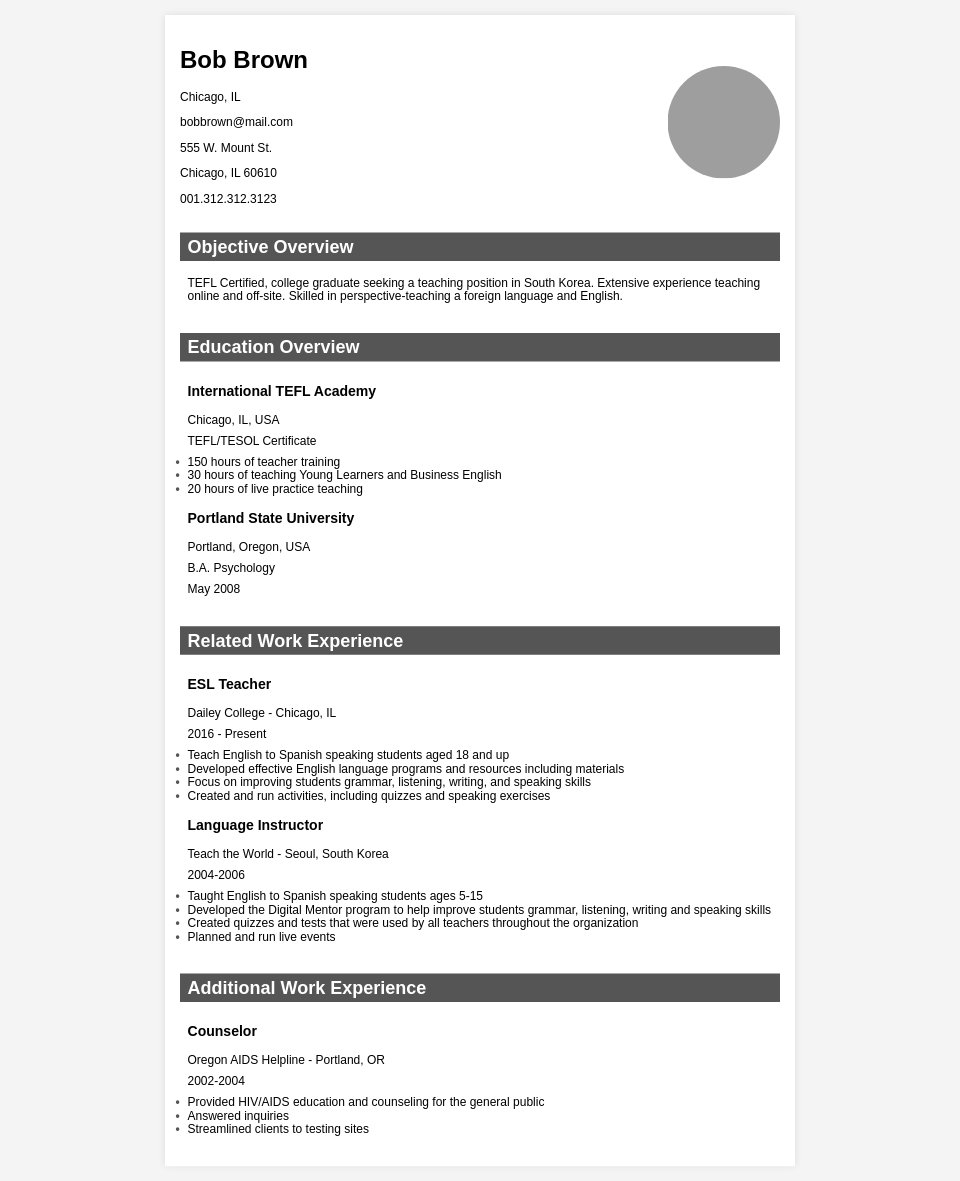
Repository: Gibekkk/WebPro
Page: Tugas Lab 1 (2)/index.html
An editor plug-in stored every save of this project. The page is shown before and after the next save, followed by the edit.
The browser window is 1280 px wide. The pictures show the whole page, at 75% of full size.
Pictures or frames that could not be fetched are drawn as grey boxes.

Above is the page before, as saved 2024-03-25 13:12:44.

### Tugas Lab 1 (2)/index.html
<!DOCTYPE html>
<html lang="en">
<head>
<meta charset="UTF-8">
<meta name="viewport" content="width=device-width, initial-scale=1.0">
<title>Resume</title>
<style>
  body {
    font-family: Arial, sans-serif;
    margin: 0;
    padding: 0;
    background-color: #f4f4f4;
  }
  .resume {
    width: 800px;
    margin: 20px auto;
    background-color: #fff;
    padding: 20px;
    box-shadow: 0 0 10px rgba(0, 0, 0, 0.1);
  }
  .header {
    display: flex;
    justify-content: space-between;
    align-items: center;
  }
  .header img {
    width: 150px;
    height: 150px;
    border-radius: 50%;
  }
  .header .contact-info {
    text-align: right;
  }
  .section {
    margin-top: 20px;
  }
  .section-title {
    background-color: #555;
    color: white;
    padding: 5px 10px;
    margin: 0;
  }
  .section-content {
    padding: 10px;
  }
  .section-content p, .section-content ul {
    margin: 10px 0;
  }
  .section-content ul {
    list-style-type: none;
    padding: 0;
  }
  .section-content ul li:before {
    content: "•";
    color: #555;
    font-weight: bold;
    display: inline-block;
    width: 1em;
    margin-left: -1em;
  }
</style>
</head>
<body>
<div class="resume">
  <div class="header">
    <div>
      <h1>Bob Brown</h1>
      <p>Chicago, IL</p>
      <p>bobbrown@mail.com</p>
      <p>555 W. Mount St.</p>
      <p>Chicago, IL 60610</p>
      <p>001.312.312.3123</p>
    </div>
    <div class="contact-info">
      <img src="path_to_image.jpg" alt="Bob Brown">
    </div>
  </div>
  <div class="section">
    <h2 class="section-title">Objective Overview</h2>
    <div class="section-content">
      <p>TEFL Certified, college graduate seeking a teaching position in South Korea. Extensive experience teaching online and off-site. Skilled in perspective-teaching a foreign language and English.</p>
    </div>
  </div>
  <div class="section">
    <h2 class="section-title">Education Overview</h2>
    <div class="section-content">
      <h3>International TEFL Academy</h3>
      <p>Chicago, IL, USA</p>
      <p>TEFL/TESOL Certificate</p>
      <ul>
        <li>150 hours of teacher training</li>
        <li>30 hours of teaching Young Learners and Business English</li>
        <li>20 hours of live practice teaching</li>
      </ul>
      <h3>Portland State University</h3>
      <p>Portland, Oregon, USA</p>
      <p>B.A. Psychology</p>
      <p>May 2008</p>
    </div>
  </div>
  <div class="section">
    <h2 class="section-title">Related Work Experience</h2>
    <div class="section-content">
      <h3>ESL Teacher</h3>
      <p>Dailey College - Chicago, IL</p>
      <p>2016 - Present</p>
      <ul>
        <li>Teach English to Spanish speaking students aged 18 and up</li>
        <li>Developed effective English language programs and resources including materials</li>
        <li>Focus on improving students grammar, listening, writing, and speaking skills</li>
        <li>Created and run activities, including quizzes and speaking exercises</li>
      </ul>
      <h3>Language Instructor</h3>
      <p>Teach the World - Seoul, South Korea</p>
      <p>2004-2006</p>
      <ul>
        <li>Taught English to Spanish speaking students ages 5-15</li>
        <li>Developed the Digital Mentor program to help improve students grammar, listening, writing and speaking skills</li>
        <li>Created quizzes and tests that were used by all teachers throughout the organization</li>
        <li>Planned and run live events</li>
      </ul>
    </div>
  </div>
  <div class="section">
    <h2 class="section-title">Additional Work Experience</h2>
    <div class="section-content">
      <h3>Counselor</h3>
      <p>Oregon AIDS Helpline - Portland, OR</p>
      <p>2002-2004</p>
      <ul>
        <li>Provided HIV/AIDS education and counseling for the general public</li>
        <li>Answered inquiries</li>
        <li>Streamlined clients to testing sites</li>
  <!-- More sections can be added here following the same structure -->
</div>
</body>
</html>

After the next save:
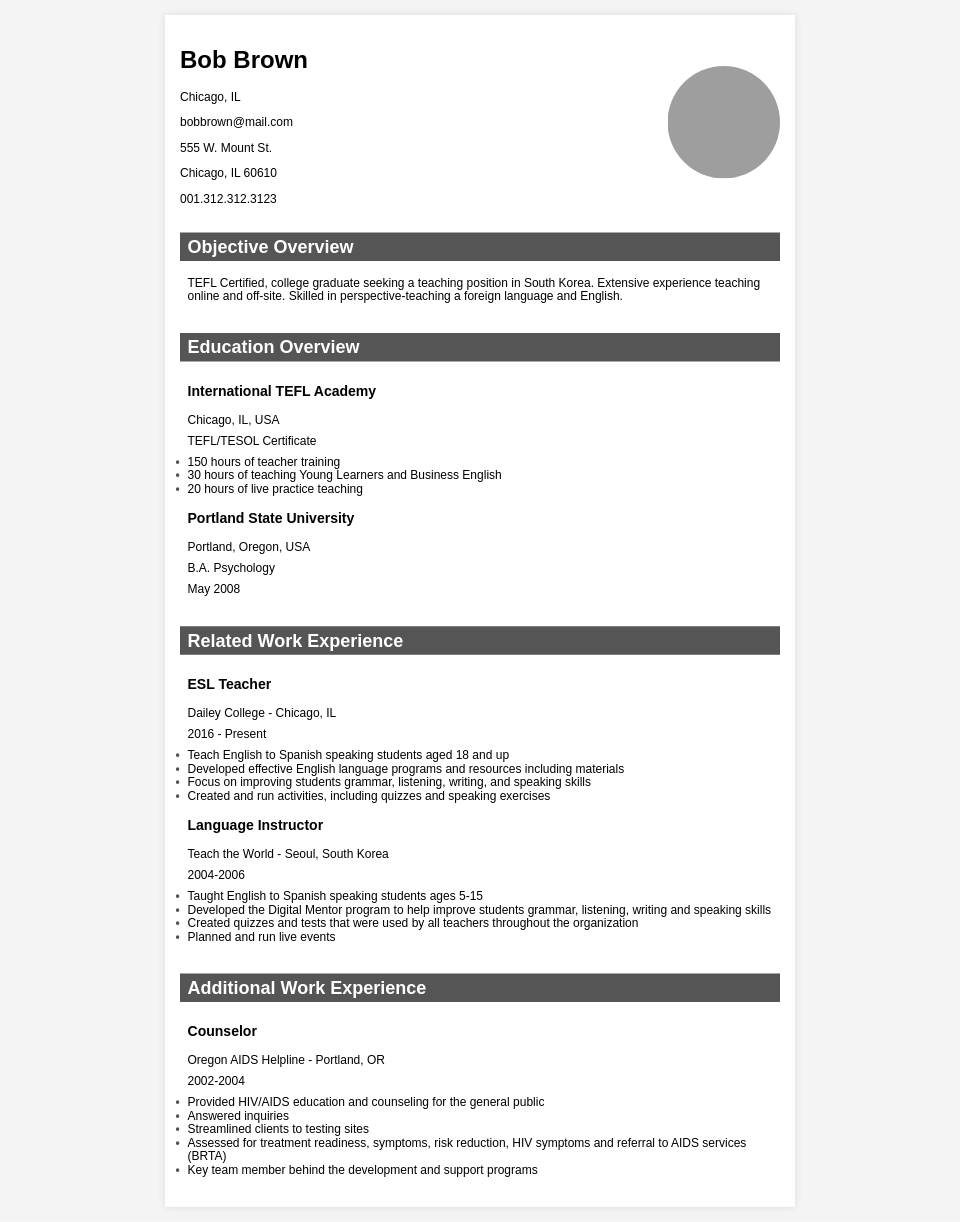
Saved 2 s later.
--- a/Tugas Lab 1 (2)/index.html
+++ b/Tugas Lab 1 (2)/index.html
@@ -131,7 +131,11 @@
         <li>Provided HIV/AIDS education and counseling for the general public</li>
         <li>Answered inquiries</li>
         <li>Streamlined clients to testing sites</li>
-  <!-- More sections can be added here following the same structure -->
+        <li>Assessed for treatment readiness, symptoms, risk reduction, HIV symptoms and referral to AIDS services (BRTA)</li>
+        <li>Key team member behind the development and support programs</li>
+      </ul>
+    </div>
+  </div>
 </div>
 </body>
 </html>
